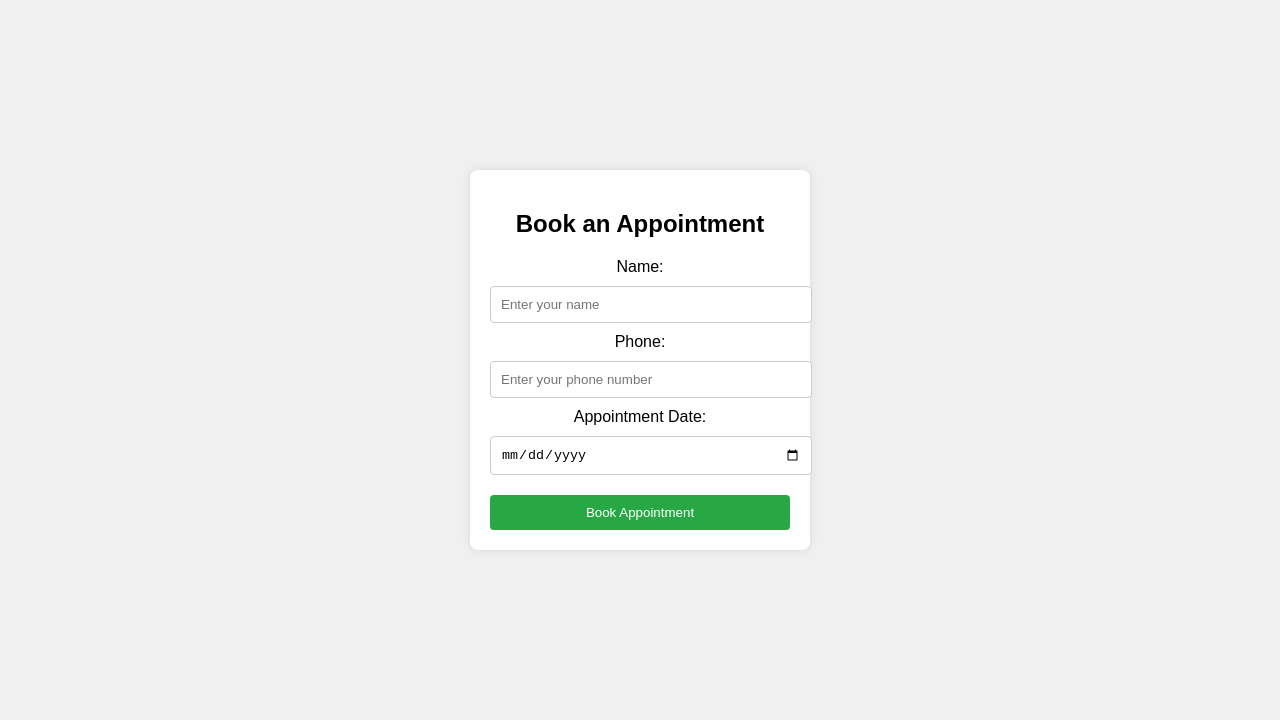
Repository: Anadi-Chauhan/Mentorship-binarybuddy
Page: appointment.html
These files come from the project's save history. The page is drawn as it stood at one moment and after the next save; the edit follows.
The browser window is 1280 px wide. The pictures show the whole page.

Above is the page before, as saved 2024-10-19 10:37:12.

### appointment.html
<!DOCTYPE html>
<html lang="en">
<head>
    <meta charset="UTF-8">
    <meta name="viewport" content="width=device-width, initial-scale=1.0">
    <title>Book an Appointment</title>
    <link rel="stylesheet" href="appointment.css">
</head>
<body>
    <div class="container">
        <h2>Book an Appointment</h2>
        <form id="appointmentForm">
            <label for="name">Name:</label>
            <input type="text" id="name" placeholder="Enter your name" required>

            <label for="phone">Phone:</label>
            <input type="tel" id="phone" placeholder="Enter your phone number" required>

            <label for="date">Appointment Date:</label>
            <input type="date" id="date" required>

            <button type="button" onclick="bookAppointment()">Book Appointment</button>
        </form>
        <div id="confirmationMessage" style="display:none;">
            <h3>Appointment Confirmed!</h3>
            <p id="details"></p>
        </div>
    </div>

    <script src="appointment.js"></script>
</body>
</html>

### appointment.css
body {
    font-family: Arial, sans-serif;
    display: flex;
    justify-content: center;
    align-items: center;
    height: 100vh;
    background-color: #f0f0f0;
    margin: 0;
}

.container {
    background-color: white;
    padding: 20px;
    border-radius: 8px;
    box-shadow: 0 0 10px rgba(0, 0, 0, 0.1);
    width: 300px;
    text-align: center;
}

form {
    display: flex;
    flex-direction: column;
}

input {
    margin: 10px 0;
    padding: 10px;
    border: 1px solid #ccc;
    border-radius: 4px;
    width: 100%;
}

button {
    padding: 10px 20px;
    background-color: #28a745;
    color: white;
    border: none;
    border-radius: 4px;
    cursor: pointer;
    margin-top: 10px;
}

button:hover {
    background-color: #218838;
}

#confirmationMessage {
    margin-top: 20px;
}

### appointment.js
function bookAppointment() {
    // Get values from the form
    const name = document.getElementById("name").value;
    const phone = document.getElementById("phone").value;
    const date = document.getElementById("date").value;

    // Simple validation
    if (name === "" || phone === "" || date === "") {
        alert("Please fill in all fields.");
        return;
    }

    // Hide the form
    document.getElementById("appointmentForm").style.display = "none";

    // Show confirmation message
    const confirmationMessage = document.getElementById("confirmationMessage");
    confirmationMessage.style.display = "block";

    // Display the details
    const details = `Thank you, ${name}! Your appointment is booked for ${date}. We will contact you at ${phone}.`;
    document.getElementById("details").textContent = details;
}

After the next save:
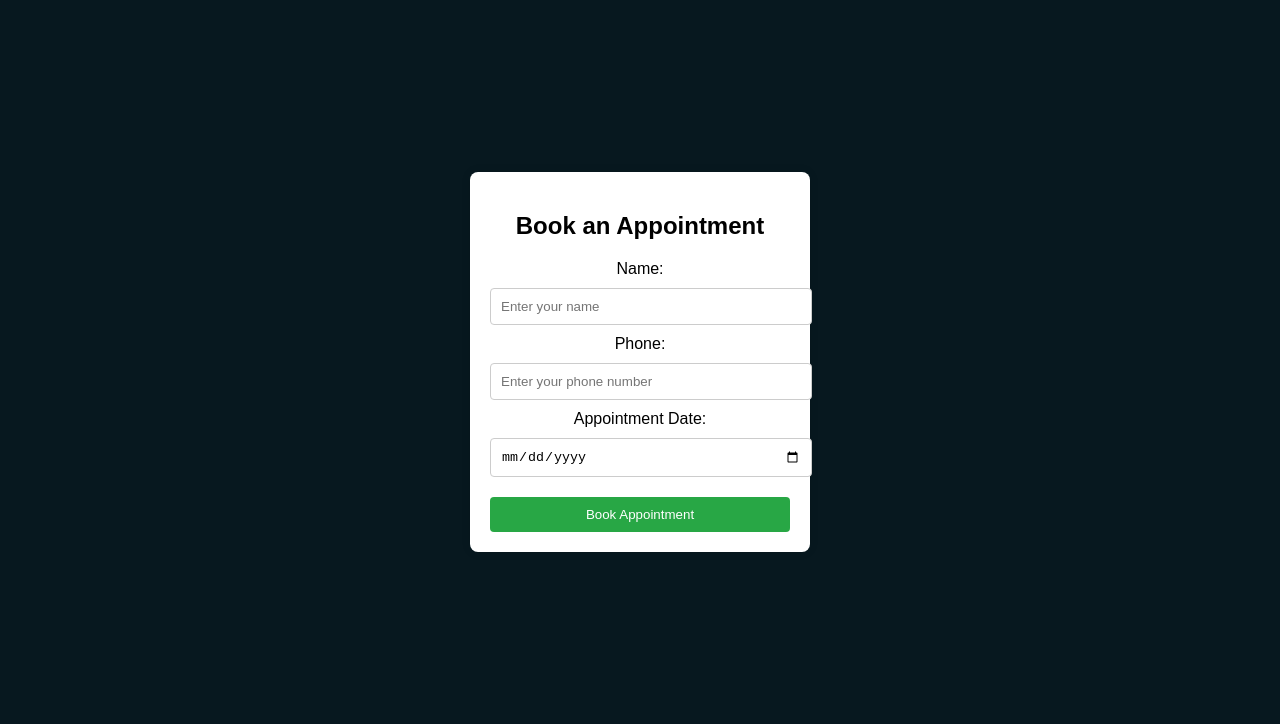
Saved 35 s later.
--- a/appointment.css
+++ b/appointment.css
@@ -4,7 +4,8 @@ body {
     justify-content: center;
     align-items: center;
     height: 100vh;
-    background-color: #f0f0f0;
+    border: 2px solid color(srgb 0.0264 0.0958 0.1204);
+    background-color: color(srgb 0.0264 0.0958 0.1204);
     margin: 0;
 }
 
